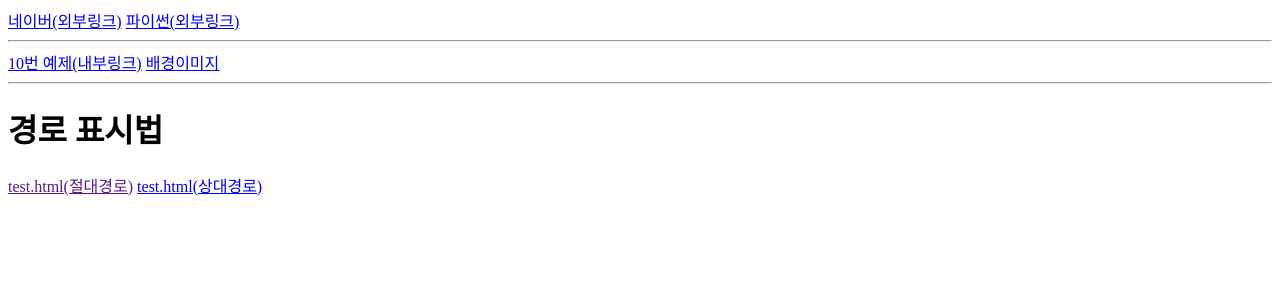
Repository: ssj5037/Class-Study
Page: [5] HTML, CSS, JavaScript/ClientTest/WebContent/Ex11_link.html
The author's editor kept a copy of each file at every save. The page is drawn from the files as they stood at one save, then again after the next save.
The browser window is 1280 px wide. The pictures show the whole page.

Above is the page before, as saved 2020-06-19 02:08:10.

After the next save:
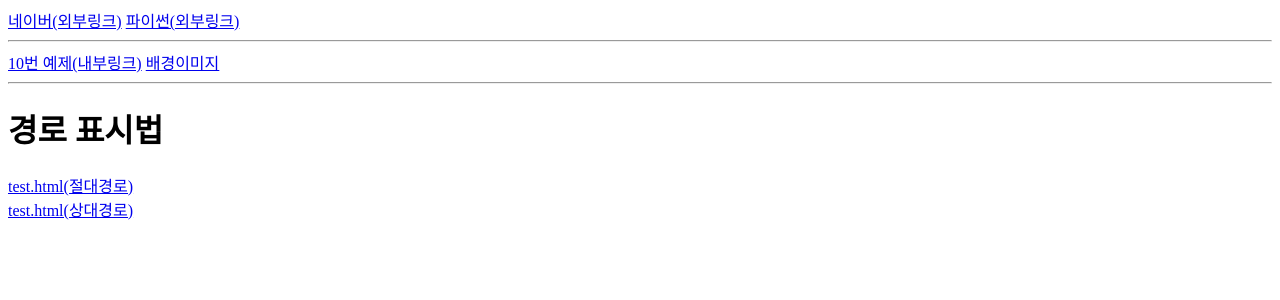
Saved 7 min 31 s later.
--- a/[5] HTML, CSS, JavaScript/ClientTest/WebContent/Ex11_link.html
+++ b/[5] HTML, CSS, JavaScript/ClientTest/WebContent/Ex11_link.html
@@ -37,16 +37,23 @@
 
 	1. 절대 경로
 		- 어디에서 사용하던지 항상 기분이 같은 경로 표기법
+		- '/ClientTest' == 'WebContent'
+		- '/컨텍스트루트' == 'WebContent'
 	2. 상대 경로
 		- 어디에서 사용하느냐에 따라 기준이 다른 경로 표기법
 		- 현재 페이지가 소속되어 있는 디렉토리를 기준으로 한다.
 	3. 외부경로
 	4. 로컬 경로
 
+
+	경로 구분자
+	1. '\': 파일 경로(드라이브 명으로 시작)
+	2. '/': 웹 경로(URL
+
 	 -->
 
-	 <a href="">test.html(절대경로)</a>
-	 <a href="./test.html">test.html(상대경로)</a>
+	 <a href="/ClientTest">test.html(절대경로)</a><br>
+	 <a href="test.html">test.html(상대경로)</a><br>
 
 
 </body>
